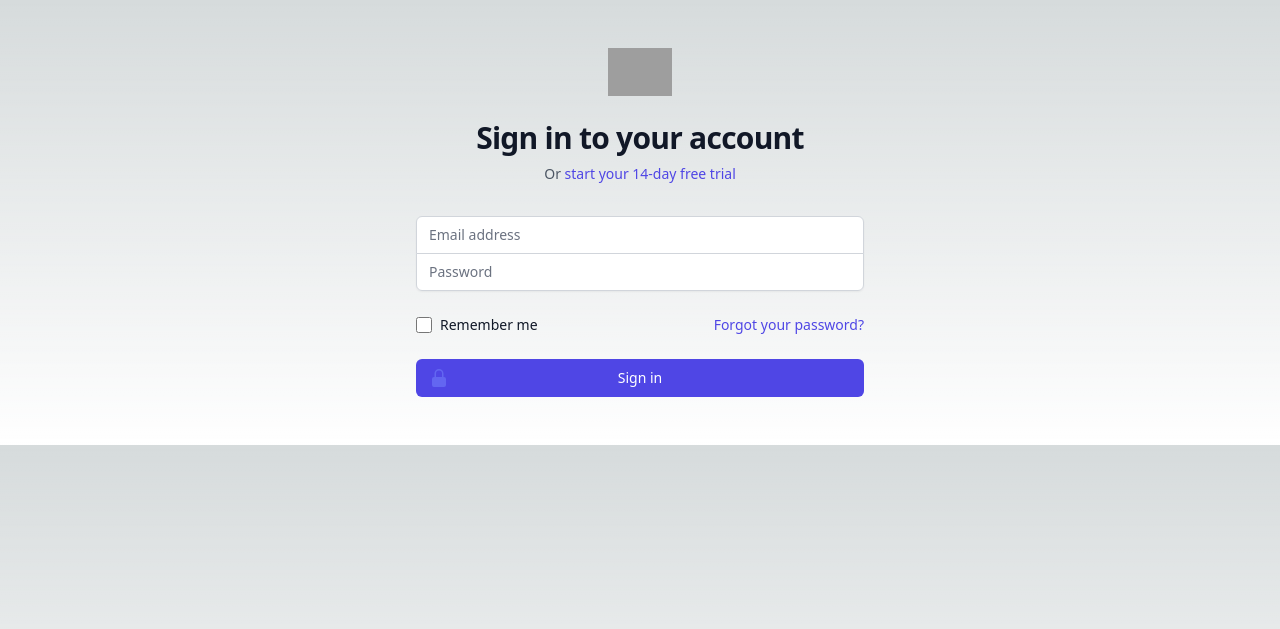
Repository: Curiosityxploring/raeven-site
Page: /login
These files come from the project's save history. The page is drawn as it stood at one moment and after the next save; the edit follows.
The browser window is 1280 px wide. The pictures show the whole page.
Pictures or frames that could not be fetched are drawn as grey boxes. The project was rebuilt for these pictures with package versions that can differ from the ones it lists, and the page was loaded fresh each time. The framework's server and built-in components were replaced by stand-ins that run in the browser. Also part of the build but not shown: next.config.js.

Above is the page before, as saved 2023-01-12 15:18:20.

After the next save:
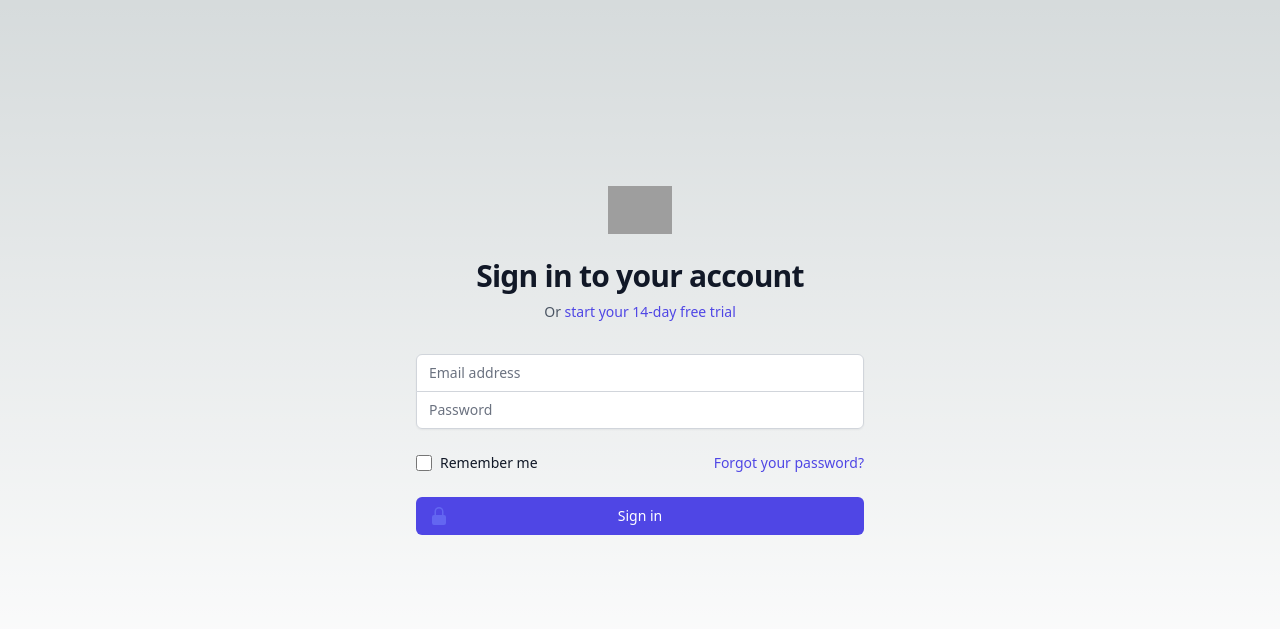
Saved 25 s later.
--- a/pages/login.jsx
+++ b/pages/login.jsx
@@ -12,7 +12,7 @@
         <body class="h-full">
         ```
       */}
-      <div className="flex min-h-full items-center justify-center py-12 px-4 sm:px-6 lg:px-8">
+      <div className="flex h-screen items-center justify-center py-12 px-4 sm:px-6 lg:px-8">
         <div className="w-full max-w-md space-y-8">
           <div>
             <img
